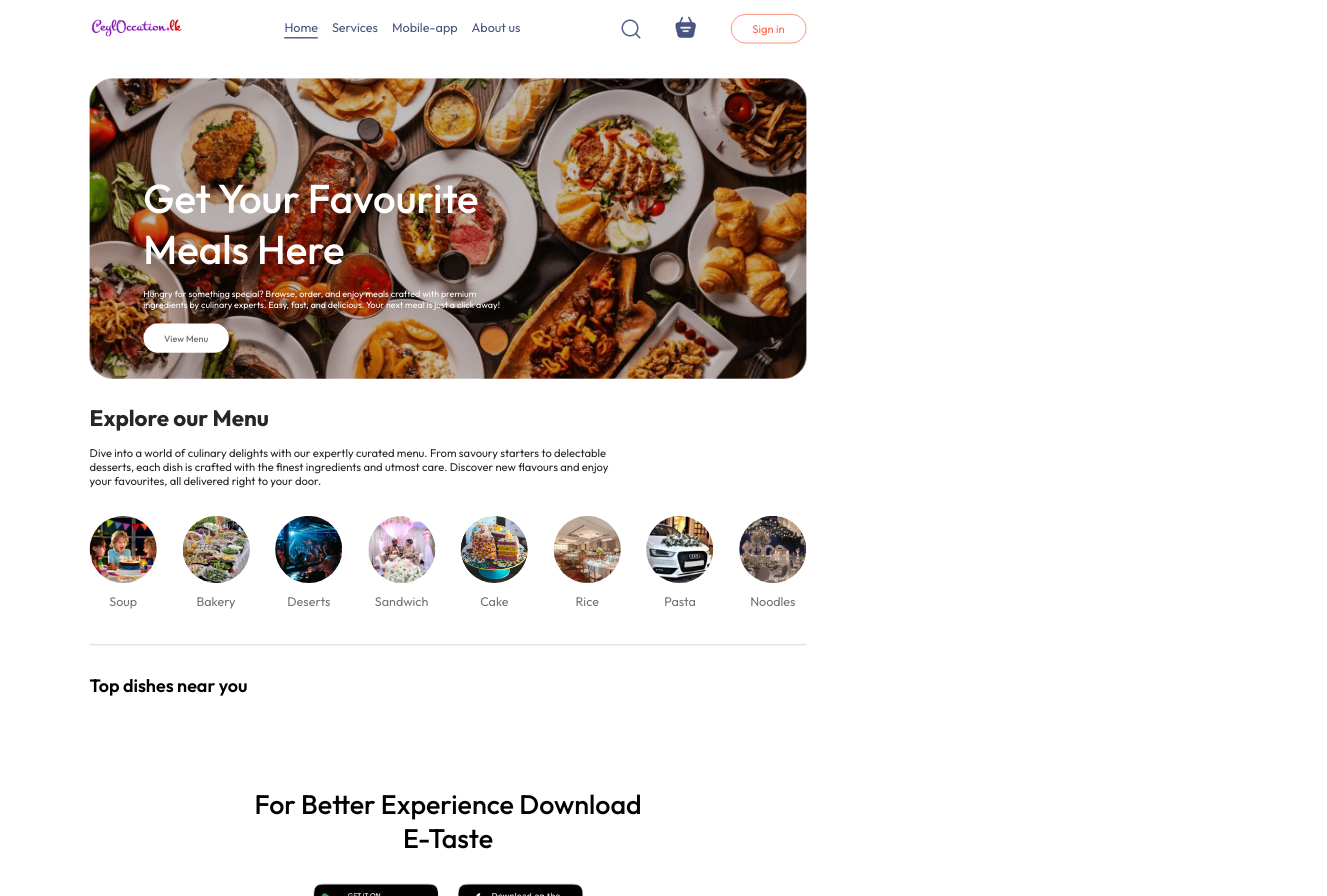
Repository: Abhiranda/Ceyloccation.lk
Page: / (app in frontend/)
The author's editor kept a copy of each file at every save. The page is drawn from the files as they stood at one save, then again after the next save.
The browser window is 1280 px wide. The page is 1280 px wide, then 1896 px, then 1280 px, so the pictures cover 1896 px, including what lies to the right of the window. The pictures show the part of the page from y = 0 to 1280 px (the page is 1804 px tall before and 1824 px after), at 70% of full size.
The page's requests for data from a server got no answer. The project was rebuilt for these pictures with package versions that can differ from the ones it lists, and the page was loaded fresh each time. No one was signed in, and anything a server would have sent is missing. Also part of the build but not shown: frontend/vite.config.js, frontend/src/pages/PlaceOrder/PlaceOrder.css, frontend/src/pages/PlaceOrder/PlaceOrder.jsx, frontend/src/components/FoodItem/FoodItem.css, frontend/src/components/FoodItem/FoodItem.jsx, frontend/src/pages/Cart/Cart.css, frontend/src/pages/Cart/Cart.jsx, frontend/src/components/LoginPopup/LoginPopup.css and 5 more.

Above is the page before, as saved 2024-06-03 13:47:14.

### frontend/index.html
<!doctype html>
<html lang="en">
  <head>
    <meta charset="UTF-8" />
    <link rel="icon" type="image/svg+xml" href="/vite.svg" />
    <meta name="viewport" content="width=device-width, initial-scale=1.0" />
    <title>Food Delivery Application</title>
  </head>
  <body>
    <div id="root"></div>
    <script type="module" src="/src/main.jsx"></script>
  </body>
</html>

### frontend/src/main.jsx
import React from 'react'
import ReactDOM from 'react-dom/client'
import App from './App.jsx'
import './index.css'
import {BrowserRouter}from 'react-router-dom'
import StoreContextProvider from './context/StoreContext.jsx'


ReactDOM.createRoot(document.getElementById('root')).render(
  <BrowserRouter>
    <StoreContextProvider>
      <App />
    </StoreContextProvider>
  </BrowserRouter>
)

### frontend/src/App.jsx
import React, { useState } from 'react'
import Navbar from './components/Navbar/Navbar'
import { Route, Routes } from 'react-router-dom'
import PlaceOrder from './pages/PlaceOrder/PlaceOrder'
import Home from './pages/Home/Home'
import Cart from './pages/Cart/Cart'
import Footer from './components/Footer/Footer'
import LoginPopup from './components/LoginPopup/LoginPopup'
import Verify from './pages/Verify/Verify'
import MyOrders from './pages/MyOrders/MyOrders'



const App = () => {

  const[showLogin,setShowLogin]=useState(false)

  return (
    <>
    {showLogin?<LoginPopup setShowLogin={setShowLogin}/>:<></>}
    <div className='app'>
      <Navbar setShowLogin={setShowLogin}/>
      <Routes>
        <Route path='/' element={<Home/>}/>
        <Route path='/cart' element={<Cart/>}/>
        <Route path='/order' element={<PlaceOrder/>}/>
        <Route path='/verify' element={<Verify/>}/>
        <Route path='/myorders' element={<MyOrders/>}/>


      </Routes>
    </div>
    <Footer/>
    </>
  )
}

export default App

### frontend/src/index.css
@import url('https://fonts.googleapis.com/css2?family=Outfit:wght@100..900&display=swap');

*{
  padding:0;
  margin:0;
  box-sizing: border-box;
  font-family: outfit;
  scroll-behavior: smooth;
}

body{
  min-height: 100vh;
}

a{
  text-decoration: none;
  color: inherit;
}

.app{
  width: 80%;
  margin: auto;
}


/*creade fadein when refreshing the page*/
@keyframes fadeIn{
  0%{
    opacity: 0;
  }
  100%{
    opacity: 1;
  }
}

### frontend/src/context/StoreContext.jsx
import axios from "axios";
import { createContext, useEffect, useState } from "react";

export const StoreContext = createContext(null)

const StoreContextProvider = (props) => {

    const [cartItems, setCartItems] = useState({});
    const url = "http://localhost:4000";
    const [token,setToken] = useState("");
    const [food_list,setFoodList] = useState([])


    const addToCart = async (itemId) => {
        if (!cartItems[itemId]) {
            setCartItems((prev) => ({ ...prev, [itemId]: 1 }))
        }
        else {
            setCartItems((prev) => ({ ...prev, [itemId]: prev[itemId] + 1 }))
        }
        if (token) {
            await axios.post(url+"/api/cart/add",{itemId},{headers:{token}})
        }
    }

    const removeFromCart = async (itemId) => {
        setCartItems((prev) => ({ ...prev, [itemId]: prev[itemId] - 1 }));
        if (token) {
            await axios.post(url+"/api/cart/remove",{itemId},{headers:{token}})
        }

    }

    const getTotalCartAmount = () => {
        let totalAmount = 0;
        for (const item in cartItems) {
            if (cartItems[item] > 0) {
                let itemInfo = food_list.find((product) => product._id === item);
                totalAmount += itemInfo.price * cartItems[item];
            }

        }
        return totalAmount;
    }

    const fetchFoodList = async ()=>{
        const response = await axios.get(url+"/api/food/list")
        setFoodList(response.data.data)
    }

    const loadCartData = async (token)=>{
        const response = await axios.post(url+"/api/cart/get",{},{headers:{token}});
        setCartItems(response.data.cartData);
    }

    useEffect(()=>{
        async function loadData(){
            await fetchFoodList();
            if (localStorage.getItem("token")) {
                setToken(localStorage.getItem("token"));
                await loadCartData(localStorage.getItem("token"));
            }
        }
        loadData();
    },[])

    const contextValue = {
        food_list,
        cartItems,
        setCartItems,
        addToCart,
        removeFromCart,
        getTotalCartAmount,
        url,
        token,
        setToken
    }

    return (
        <StoreContext.Provider value={contextValue}>
            {props.children}
        </StoreContext.Provider>
    )

}

export default StoreContextProvider

### frontend/src/components/Navbar/Navbar.jsx
import React, { useContext, useState } from 'react'
import './Navbar.css'
import { assets } from '../../assets/assets'
import { Link, useNavigate } from 'react-router-dom';
import { StoreContext } from '../../context/StoreContext';

const Navbar = ({setShowLogin}) => {

    const[menu,setMenu]=useState("Home");

    const {getTotalCartAmount,token,setToken}=useContext(StoreContext);

    const navigate = useNavigate();

    const logout = () =>{
      localStorage.removeItem("token");
      setToken("");
      navigate("/")   //redirected to home page
    }

  return (
    <div className='navbar'>
      <Link to='/'><img src={assets.logo} alt="logo" className='logo'/></Link>
      <ul className='navbar-menu'>
        <Link to='/' onClick={()=>setMenu("Home")} className={menu==='Home'?'active':''}>Home</Link>
        <a href='#explore-menu' onClick={()=>setMenu("Menu")} className={menu==='Menu'?'active':''}>Services</a>
        <a href='#app-download' onClick={()=>setMenu("Mobile-app")} className={menu==='Mobile-app'?'active':''}>Mobile-app</a>
        <a href='#footer' onClick={()=>setMenu("About-us")} className={menu==='About-us'?'active':''}>About us</a>
      </ul>
      <div className='navbar-right'>
        <img src={assets.search_icon} alt="search_icon" />
        <div className='navbar-search-icon'>
            <Link to='/cart'><img src={assets.basket_icon} alt="basket_icon"/></Link>
            {/**count of basket items (Number of items in the cart) **/}
            <div className={getTotalCartAmount()===0?"":"dot"}></div>
        </div>
        {!token?<button onClick={()=>setShowLogin(true)}>Sign in</button>
        :<div className='navbar-profile'>
          <img src={assets.profile_icon} alt="" />
          <ul className="navbar-profile-dropdown">
            <li onClick={()=>navigate('/myorders')}><img src={assets.bag_icon} alt='bag_icon' /><p>Orders</p></li>
            <hr/>
            <li onClick={logout}><img src={assets.logout_icon} alt='logout_icon' /><p>Logout</p></li>

          </ul>
        </div>}

      </div>
    </div>
  )
}

export default Navbar

### frontend/src/pages/Home/Home.jsx
import React, { useState } from 'react'
import './Home.css'
import Header from '../../components/Header/Header'
import ExploreMenu from '../../components/ExploreMenu/ExploreMenu'
import FoodDisplay from '../../components/FoodDisplay/FoodDisplay'
import AppDownload from '../../components/AppDownload/AppDownload'

const Home = () => {

  //create state variable
  const[category,setCategory]=useState("All");

  return (
    <div>
      <Header/>
      <ExploreMenu category={category} setCategory={setCategory}/>
      <FoodDisplay category={category}/>
      <AppDownload/>
    </div>
  )
}

export default Home

### frontend/src/components/Footer/Footer.jsx
import React from 'react'
import './Footer.css'
import { assets } from '../../assets/assets'


const Footer = () => {
  return (
    <div className='footer' id='footer'>
        <div className="footer-content">
            <div className="footer-content-left">
                <img src={assets.logo} alt=''/>
                <p>Bringing deliciousness to your doorstep, one meal at a time.Enjoy the finest flavours, delivered to you. Need assistance? Contact Us or connect with us on Social Media for updates and offers.</p>
                <div className="footer-social-icons">
                    <img src={assets.facebook_icon} alt=''/>
                    <img src={assets.twitter_icon} alt=''/>
                    <img src={assets.linkedin_icon} alt=''/>
                </div>
            </div>
            <div className="footer-content-center">
                <h2>COMPANY</h2>
                <ul>
                    <li>Home</li>
                    <li>About us</li>
                    <li>Delivery</li>
                    <li>Privacy Policy</li>
                </ul>
            </div>
            <div className="footer-content-right">
                <h2>GET IN TOUCH</h2>
                <ul>
                    <li>+94 716558509</li>
                    <li>E-Taste@gmail.com</li>
                </ul>
            </div>

        </div>
        <hr/>
        <p className="footer-copyright">Copyright 2024 © E-Taste.com - All Right Reserved.</p>
    </div>
  )
}

export default Footer

### frontend/src/components/Navbar/Navbar.css
.navbar{
    padding: 20px 0px;
    display: flex;
    justify-content: space-between;
    align-items: center;
}

.navbar.logo{
    width: 250px;
    height: 70px;

}

.navbar-menu{
    display: flex;
    list-style: none;
    gap: 20px;
    color: #49557e;
    font-size: 18px;
}

.navbar-right{
    display: flex;
    align-items: center;
    gap: 50px;
}

.navbar button{
    background-color: transparent;
    font-size: 16px;
    color: tomato;
    border:1px solid tomato ;
    padding: 10px 30px;
    border-radius: 50px;
    cursor: pointer;
}

.navbar button:hover{
    background-color:tomato;
    color: white;
}

.navbar .active{
    padding-bottom: 2px;
    border-bottom: 2px solid #49557e ;
}

.navbar li{
    cursor: pointer;
}

.navbar-search-icon{
    position: relative;
}

.navbar-search-icon .dot{
    position: absolute;
    min-width: 10px;
    min-height: 10px;
    background-color: tomato;
    border-radius: 5px;
    top: -8px;
    right: -8px;
}

.navbar-profile{
   position: relative;
}

.navbar-profile-dropdown{
    position: absolute;
    display: none;
    right: 0;
    z-index: 1;
}

.navbar-profile:hover .navbar-profile-dropdown{
    display: flex;
    flex-direction: column;
    gap: 10px;
    background-color: #fff2ef;
    padding: 12px 25px;
    border-radius: 4px;
    border: 1px solid tomato;
    outline: 2px solid white;
    list-style: none;

}

.navbar-profile-dropdown li{
    display: flex;
    align-items: center;
    gap: 10px;
    cursor: pointer;
}

.navbar-profile-dropdown img{
    width: 20px;
}

.navbar-profile-dropdown li:hover{
   color: tomato;
}

@media(max-width:1050px){
    .navbar .logo{
        width: 140px;
    }
    .navbar-menu{
        gap:20px;
        font-size: 17px;
    }
    .navbar-right{
        gap: 30px;
    }
    .navbar-right img{
        width: 22px;
    }
    .navbar-right button{
        pad: 8px 25px;
    }
}

@media(max-width:900px){
    .navbar .logo{
        width: 120px;
    }
    .navbar-menu{
        gap:15px;
        font-size: 16px;
    }
    .navbar-right{
        gap: 20px;
    }
    .navbar-right img{
        width: 20px;
    }
    .navbar-right button{
        pad: 7px 20px;
        font-size: 15px;
    }
}

@media(max-width:750px){

    .navbar-menu{
        display: none;
    }
}

### frontend/src/components/Header/Header.jsx
import React from 'react'
import './Header.css'

const Header = () => {
  return (
    <div className='header'>
      <div className="header-contents">
        <h2>Get Your Favourite Meals Here</h2>
        <p>Hungry for something special? Browse, order, and enjoy meals crafted with premium ingredients by culinary experts. Easy, fast, and delicious. Your next meal is just a click away!</p>
        <button>View Menu</button>
      </div>
    </div>
  )
}

export default Header

### frontend/src/components/ExploreMenu/ExploreMenu.jsx
import React from 'react'
import './ExploreMenu.css'
import { menu_list } from '../../assets/assets'

const ExploreMenu = ({category,setCategory}) => {
  return (
    <div className='explore-menu' id='explore-menu'>
        <h1>Explore our Menu</h1>
        <p className='explore-menu-text'>Dive into a world of culinary delights with our expertly curated menu. From savoury starters to delectable desserts, each dish is crafted with the finest ingredients and utmost care. Discover new flavours and enjoy your favourites, all delivered right to your door.</p>
        <div className='explore-menu-list'>
            {menu_list.map((item,index)=>{
                return(
                    <div onClick={()=>setCategory(prev=>prev===item.menu_name?"All":item.menu_name)} key={index} className='explore-menu-list-item'>
                        <img className={category===item.menu_name?"active":""} src={item.menu_image} alt='' />
                        <p>{item.menu_name}</p>
                        </div>
                )
            })}
        </div>
        <hr/>
    </div>
  )
}

export default ExploreMenu

### frontend/src/components/FoodDisplay/FoodDisplay.jsx
import React, { useContext } from 'react'
import './FoodDisplay.css'
import { StoreContext } from '../../context/StoreContext'
import FoodItem from '../FoodItem/FoodItem'

const FoodDisplay = ({category}) => {
    const{food_list}=useContext(StoreContext)
  return (
    <div className='food-display' id='food-display'>
      <h2>Top dishes near you</h2>
      <div className="food-display-list">
        {food_list.map((item,index)=>{
            if(category==="All" || category===item.category){
                return <FoodItem key={index} id={item._id} name={item.name} description={item.description} price={item.price} image={item.image} />
            }

        })}
      </div>
    </div>
  )
}

export default FoodDisplay

### frontend/src/components/AppDownload/AppDownload.jsx
import React from 'react'
import './AppDownload.css'
import { assets } from '../../assets/assets'

const AppDownload = () => {
  return (
    <div className='app-download' id='app-download'>
      <p>For Better Experience Download<br/>E-Taste</p>
      <div className="app-download-platforms">
        <img src={assets.play_store} alt=''/>
        <img src={assets.app_store} alt=''/>
      </div>
    </div>
  )
}

export default AppDownload

### frontend/src/components/Footer/Footer.css

.footer{
    color: #d9d9d9;
    background-color: #323232;
    display: flex;
    flex-direction: column;
    align-items: center;
    gap: 20px;
    padding: 20px 8vw;
    padding-top: 80px;
    margin-top: 100px;
}

.footer-content{
    width: 100%;
    display: grid;
    grid-template-columns: 2fr 1fr 1fr;
    gap: 80px;
}

.footer-content-left,.footer-content-right,.footer-content-center{
    display: flex;
    flex-direction: column;
    align-items: start;
    gap: 20px;
}

.footer-content-left li,.footer-content-right li,.footer-content-center li{
    list-style: none;
    margin-bottom: 10px;
    cursor: pointer;
}

.footer-content-right h2,.footer-content-center h2{
    color: white;
}

.footer-social-icons img{
    width: 40px;
    margin-right: 15px;
}

.footer hr{
    width: 100%;
    height: 2px;
    margin: 20px 0;
    background-color: grey;
    border: none;
}

@media(max-width:750px){
    .footer-content{
        display: flex;
        flex-direction: column;
        gap: 35px;
    }

    .footer-copyright{
        text-align: center;

    }


}

### frontend/src/components/Header/Header.css

.header{
    height: 34vw;
    margin: 30px auto;
    background: url('/header_img.png') no-repeat;
    background-size: contain;
    position: relative;
}

.header-contents{
    position: absolute;
    display: flex;
    flex-direction: column;
    align-items: start;
    gap: 1.5vw;
    max-width: 50%;
    bottom: 10%;
    left: 6vw;
    animation: fadeIn 3s;
}

.header-contents h2{
    font-weight: 500;
    color: white;
    font-size: max(4.5vw,22px);
}

.header-contents p{
    color: white;
    font-size: 1vw;
}

.header-contents button{
    border: none;
    color: #747474;
    font-weight: 500;
    padding:1vw 2.3vw ;
    background-color: white;
    font-size: max(1vw,13px);
    border-radius: 50px;
}

@media(max-width:1050px){
    .header-contents{
        max-width: 45%;
    }
}

@media(max-width:750px){
    .header-contents{
        max-width: 65%;
    }
    .header-contents p{
        display: none;
    }
    .header-contents button{
        padding: 2vw 4vw ;
    }
}

### frontend/src/components/ExploreMenu/ExploreMenu.css

.explore-menu{
    display: flex;
    flex-direction: column;
    gap: 20px;
}

.explore-menu{
    color: #262626;
    font-weight: 500px;
}

.explore-menu-text{
    max-width: 75%;
    columns: #808080;
}

.explore-menu-list{
    display: flex;
    justify-content: space-between;
    align-items: center;
    gap: 30px;
    text-align: center;
    margin: 20px 0px;
    overflow: scroll;
}

/*Hide scroll bar*/
.explore-menu-list::-webkit-scrollbar{
    display: none;
}

.explore-menu-list-item img{
    width: 7.5vw;
    min-width: 80px;
    cursor: pointer;
    border-radius: 100%;
    transition: 0.2s;
}

.explore-menu-list-item p{
    margin-top: 10px;
    color: #747474;
    font-size: max(1.4vw,16px);
    cursor: pointer;
    transition: 0.2s;
}

.explore-menu hr{
    margin: 10px 0px;
    height: 2px;
    background-color: #e2e2e2;
    border: none;
}

.explore-menu-list-item .active{
    border: 4px solid tomato;
    padding: 2px;
}


.explore-menu-list-item:hover{
    transform: scale(1.05);
}

@media(max-width:1050px){
    .explore-menu-text{
        max-width: 100%;
         font-size: 14px;
    }
}

### frontend/src/components/FoodDisplay/FoodDisplay.css
.food-display{
    margin-top: 30px;
}

.food-display h2{
    font-size: max(2vw,24px);
    font-weight: 600;
}

.food-display-list{
    display: grid;
    grid-template-columns: repeat(auto-fill,minmax(240px,1fr));
    margin-top:30px;
    gap: 30px;
    row-gap: 50px;

}

### frontend/src/components/AppDownload/AppDownload.css

.app-download{
    margin: auto auto;
    margin-top: 100px;
    font-size: max(3vw,20px);
    text-align: center;
    font-weight: 500;
}

.app-download-platforms{
    display: flex;
    justify-content: center;
    gap: max(2vw,10px);
    margin-top: 40px;
}

.app-download-platforms img{
    width: max(30vw,120px);
    max-width: 180px;
    transition: 0.5s;
    cursor: pointer;
}

.app-download-platforms img:hover{
    transform: scale(1.05);
}

Loaded but not shown: frontend/src/assets/assets.js (350 lines, source omitted); frontend/src/pages/Home/Home.css (no stored copy; drawn as an empty file)

After the next save:
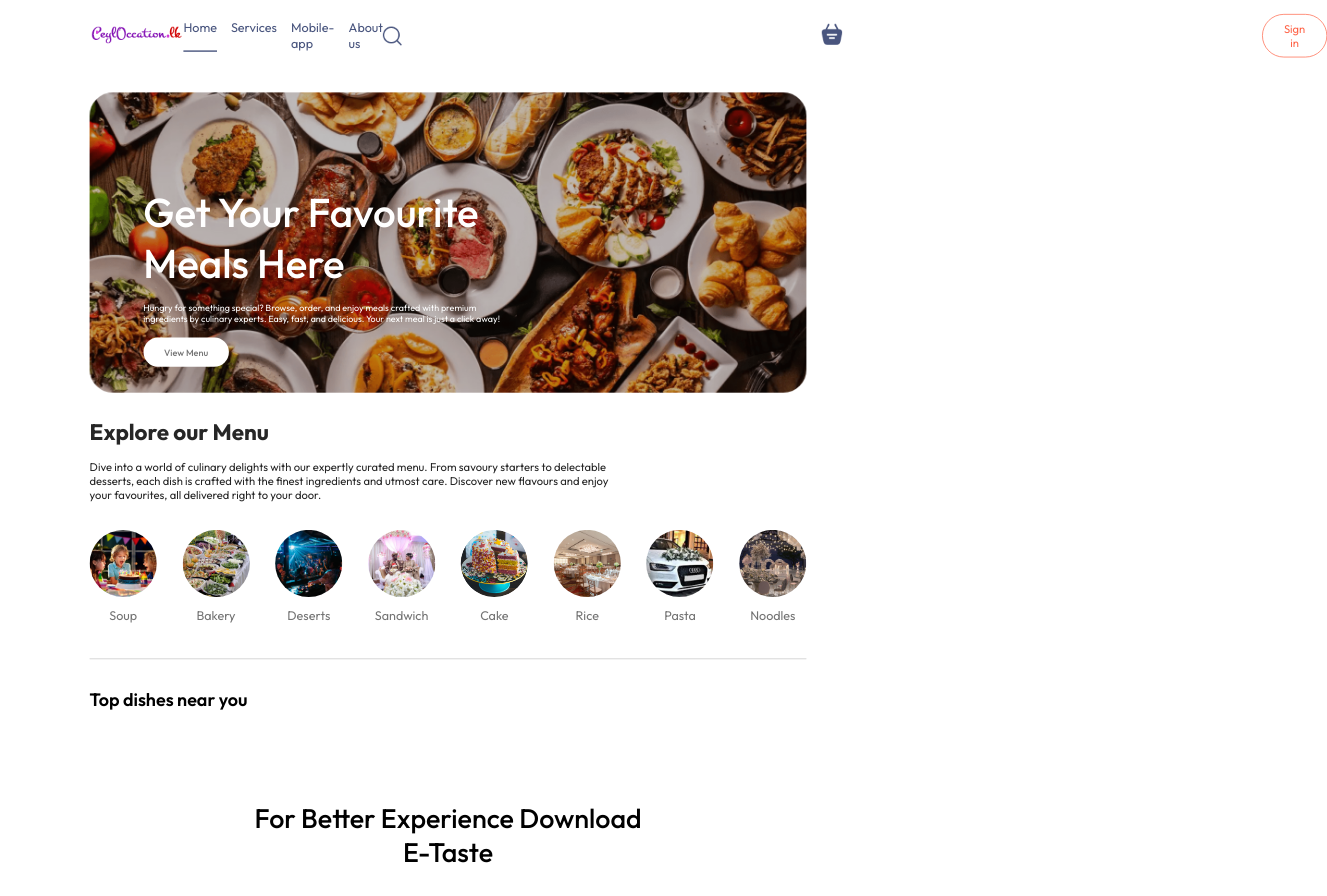
Saved 6 s later.
--- a/frontend/src/components/Navbar/Navbar.css
+++ b/frontend/src/components/Navbar/Navbar.css
@@ -22,7 +22,7 @@
 .navbar-right{
     display: flex;
     align-items: center;
-    gap: 50px;
+    gap: 600px;
 }
 
 .navbar button{

After the 2 saves that followed:
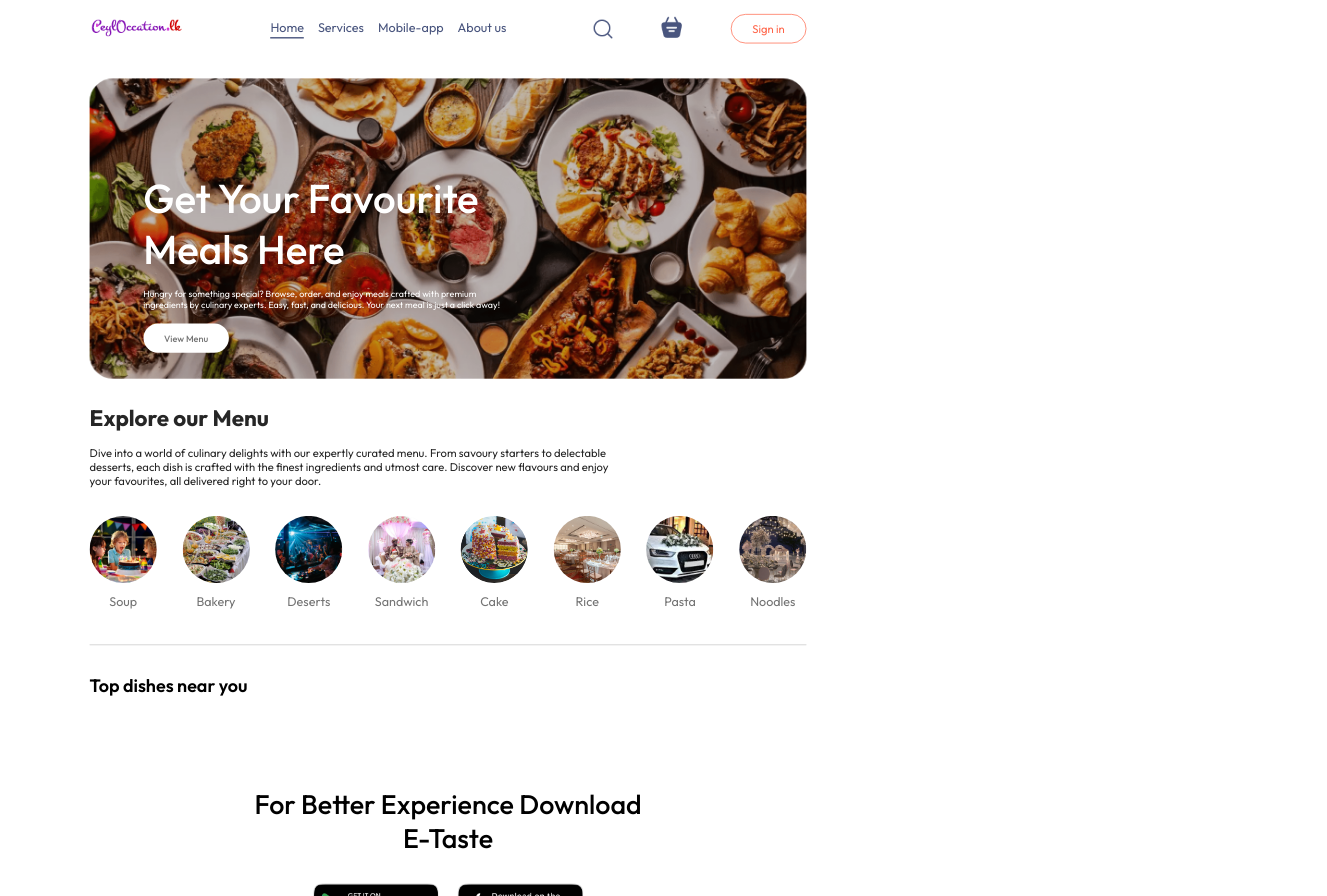
The 2 saves are shown as one change because they came seconds apart.
The last was saved 6 s later.
--- a/frontend/src/components/Navbar/Navbar.css
+++ b/frontend/src/components/Navbar/Navbar.css
@@ -22,7 +22,7 @@
 .navbar-right{
     display: flex;
     align-items: center;
-    gap: 600px;
+    gap: 70px;
 }
 
 .navbar button{
